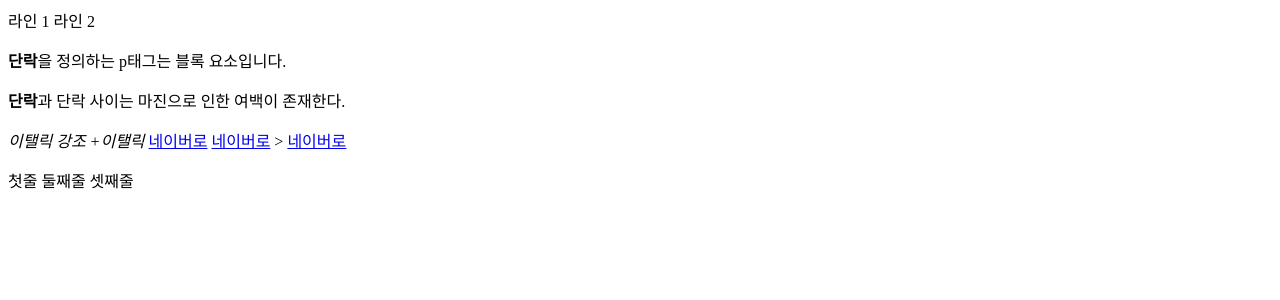
Repository: masima305/html_study
Page: Ex_1220/WebContent/day1/block_inline.html
An editor plug-in stored every save of this project. The page is shown before and after the next save, followed by the edit.
The browser window is 1280 px wide. The pictures show the whole page.

Above is the page before, as saved 2017-12-20 03:18:13.

### Ex_1220/WebContent/day1/block_inline.html
<!DOCTYPE html>
<html>
	<head>
		<meta charset="UTF-8">
		<title>블록 요소와 인라인 요소</title>
	</head>
	<body>
		라인 1
		라인 2


		<p><b>단락</b>을 정의하는 p태그는 블록 요소입니다.</p>

		<p><strong>단락</strong>과 단락 사이는 마진으로 인한 여백이 존재한다.</p>
		<!-- 시각장애인들을 위해 Strong으로 만들어져있다. 기계가 읽을때 strong부분을 인토네이선 넣어 읽어준다.
		-->

		<i>이탤릭</i>
		<em>강조 +이탤릭</em>
		<a href="http://www.naver.com">네이버로</a>
		<a href="../h_tag.html">네이버로</a>
		<!-- ../은 한단계 뒤로 가는 html경로 -->>
		<a href="#">네이버로</a>

		<p>
			첫줄
			둘째줄
			셋째줄
		</p>




	</body>
</html>

After the next save:
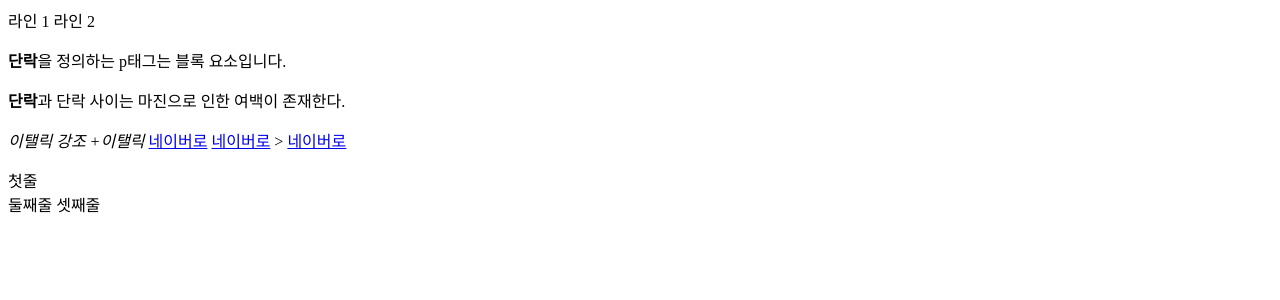
Saved 9 s later.
--- a/Ex_1220/WebContent/day1/block_inline.html
+++ b/Ex_1220/WebContent/day1/block_inline.html
@@ -23,7 +23,7 @@
 		<a href="#">네이버로</a>
 
 		<p>
-			첫줄
+			첫줄</br>
 			둘째줄
 			셋째줄
 		</p>
